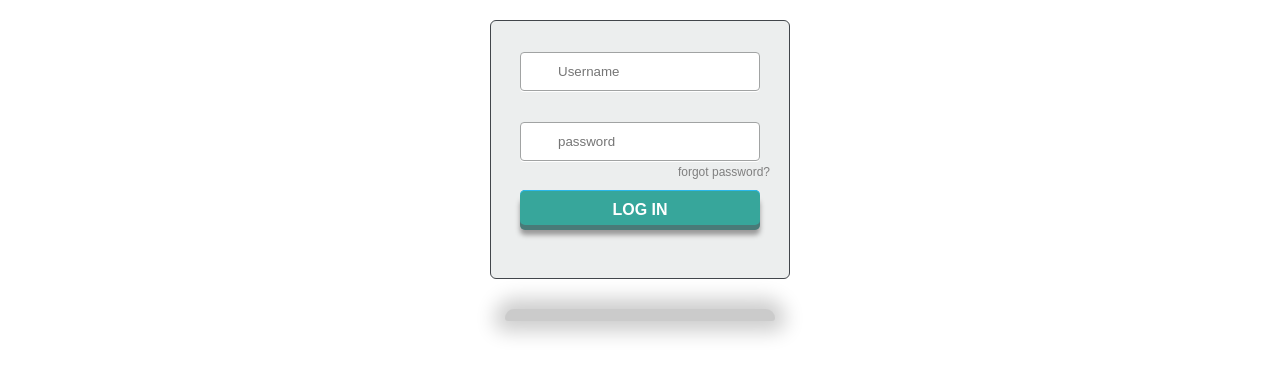
Repository: AmritOjha01/sms
Page: http://localhost/StudentManagementSystem/UserController?action=listUser
These files come from the project's save history. The page is drawn as it stood at one moment and after the next save; the edit follows.
The browser window is 1280 px wide. The pictures show the whole page.
The page is served by Tomcat 9. Other server files are loaded and not shown.

Above is the page before, as saved 2017-03-27 11:34:29.

### StudentManagementSystem/WebContent/login.jsp
<%@ page language="java" contentType="text/html; charset=ISO-8859-1"
	pageEncoding="ISO-8859-1"%>
<!DOCTYPE html PUBLIC "-//W3C//DTD HTML 4.01 Transitional//EN" "http://www.w3.org/TR/html4/loose.dtd">
<html>
<head>
<meta http-equiv="Content-Type" content="text/html; charset=ISO-8859-1">
<title>Insert title here</title>
<link rel="stylesheet" type="text/css"
	href="resources/customcss/demo.css">
</head>
<body>
	<div class="login">
		<form action="LoginController" method="post">
			<input type="text" placeholder="Username" id="uName"> <input
				type="password" placeholder="password" id="pass"> <a
				href="LoginController?action=getpassword" class="forgot">forgot
				password?</a> <input type="submit" value="Log In">
		</form>
	</div>
	<div class="shadow"></div>

</body>
</html>

### StudentManagementSystem/src/com/krishna/sis/controller/UserController.java
package com.krishna.sis.controller;

import java.io.IOException;
import java.text.ParseException;
import java.text.SimpleDateFormat;
import java.util.Date;

import javax.servlet.RequestDispatcher;
import javax.servlet.ServletException;
import javax.servlet.annotation.WebServlet;
import javax.servlet.http.HttpServlet;
import javax.servlet.http.HttpServletRequest;
import javax.servlet.http.HttpServletResponse;
import javax.servlet.http.HttpSession;

import com.krishna.sis.dto.UserDTO;
import com.krishna.sis.service.UserService;
import com.krishna.sis.service.UserServiceImpl;
import com.krishna.sis.util.EmailUtility;

@WebServlet("/UserController")
public class UserController extends HttpServlet {
	private static final long serialVersionUID = 1L;
	private static String INSERT_OR_EDIT = "/userCreate.jsp";
	private static String LIST_USER = "/userList.jsp";
	private static String LOGIN = "/login.jsp";
	private static String PREVIOUS_PWD = "/previousUserPassword.jsp";

	private UserService userService;

	public UserController() {
		super();
		userService = new UserServiceImpl();
	}

	protected void doGet(HttpServletRequest request, HttpServletResponse response)
			throws ServletException, IOException {
		String forward = "";
		String name = "";
		HttpSession session = request.getSession(false);
		if (session != null)
			name = (String) session.getAttribute("uname");
		else
			name = null;
		if (name != null) {
			String action = request.getParameter("action");

			if (action.equalsIgnoreCase("delete")) {
				int userId = Integer.parseInt(request.getParameter("userid"));
				userService.deleteUser(userId);
				forward = LIST_USER;
				request.setAttribute("users", userService.getAllUsers());
			} else if (action.equalsIgnoreCase("edit")) {
				forward = INSERT_OR_EDIT;
				int userId = Integer.parseInt(request.getParameter("userid"));
				UserDTO user = userService.getUserById(userId);
				request.setAttribute("user", user);
			} else if (action.equalsIgnoreCase("listUser")) {
				forward = LIST_USER;
				request.setAttribute("users", userService.getAllUsers());
			} else if (action.equalsIgnoreCase("insert")) {
				forward = INSERT_OR_EDIT;
			} else {
				forward = PREVIOUS_PWD;

			}
		} else {
			forward = LOGIN;
		}
		RequestDispatcher view = request.getRequestDispatcher(forward);
		view.forward(request, response);
	}

	protected void doPost(HttpServletRequest request, HttpServletResponse response)
			throws ServletException, IOException {
		UserDTO userDTO = new UserDTO();
		userDTO.setFirstName(request.getParameter("firstName"));
		userDTO.setLastName(request.getParameter("lastName"));
		userDTO.setUsername(request.getParameter("username"));
		userDTO.setPassword(request.getParameter("password"));
		String dateOfBirth = request.getParameter("dob");
		try {
			Date dob = new SimpleDateFormat("yyyy-MM-dd").parse(dateOfBirth);
			userDTO.setDob(dob);
		} catch (ParseException e) {
			e.printStackTrace();
		}
		userDTO.setEmail(request.getParameter("email"));
		String userid = request.getParameter("userid");
		if (userid == null || userid.isEmpty()) {
			userService.saveUser(userDTO);
			EmailUtility.sendEmail(userDTO.getPassword());
		} else {
			userDTO.setUserId(Integer.parseInt(userid));
			userService.updateUser(userDTO);
		}

		RequestDispatcher view = request.getRequestDispatcher(LIST_USER);
		request.setAttribute("users", userService.getAllUsers());
		view.forward(request, response);
	}
}

### StudentManagementSystem/src/com/krishna/sis/service/UserServiceImpl.java
package com.krishna.sis.service;

import java.util.List;

import com.krishna.sis.dao.UserDao;
import com.krishna.sis.dao.UserDaoImpl;
import com.krishna.sis.dto.UserDTO;

public class UserServiceImpl implements UserService {

	UserDao userDao = new UserDaoImpl();

	@Override
	public boolean saveUser(UserDTO userDTO) {
		return userDao.saveUser(userDTO);
	}

	@Override
	public boolean updateUser(UserDTO userDTO) {
		return userDao.updateUser(userDTO);
	}

	@Override
	public List<UserDTO> getAllUsers() {
		return userDao.getAllUsers();
	}

	@Override
	public UserDTO getUserById(int userId) {
		return userDao.getUserById(userId);
	}

	@Override
	public void deleteUser(int userId) {
		userDao.deleteUser(userId);

	}

	@Override
	public UserDTO getUserByUserNameAndPassword(String username, String password) {
		return userDao.getUserByUserNameAndPassword(username, password);
	}

	@Override
	public UserDTO getPasswordByEmail(String email) {

		return userDao.getPasswordByEmail(email);
	}

	@Override
	public UserDTO getPasswordByPassword(String pwd) {

		return userDao.getPasswordByPassword(pwd);
	}

}

### StudentManagementSystem/src/com/krishna/sis/dao/UserDao.java
package com.krishna.sis.dao;

import java.util.List;

import com.krishna.sis.dto.UserDTO;

public interface UserDao {
	public boolean saveUser(UserDTO userDTO);

	public boolean updateUser(UserDTO userDTO);

	public List<UserDTO> getAllUsers();

	public UserDTO getUserById(int userId);

	public void deleteUser(int userId);

	public UserDTO getUserByUserNameAndPassword(String username, String password);

	public UserDTO getPasswordByEmail(String email);

	public UserDTO getPasswordByPassword(String pwd);
}

### StudentManagementSystem/src/com/krishna/sis/dao/UserDaoImpl.java
package com.krishna.sis.dao;

import java.sql.PreparedStatement;
import java.sql.ResultSet;
import java.util.ArrayList;
import java.util.List;

import com.krishna.sis.dto.UserDTO;
import com.krishna.sis.util.DbUtil;
import com.krishna.sis.util.QueryUtil;

public class UserDaoImpl implements UserDao {
	public boolean saveUser(UserDTO userDTO) {
		PreparedStatement ps = null;
		int savedUser = 0;
		try {
			ps = DbUtil.getConnection().prepareStatement(QueryUtil.CREATE_USER);
			// ps.setNull(1, java.sql.Types.INTEGER);
			ps.setString(1, userDTO.getFirstName());
			ps.setString(2, userDTO.getLastName());
			ps.setString(3, userDTO.getEmail());
			ps.setDate(4, new java.sql.Date(userDTO.getDob().getTime()));
			ps.setString(5, userDTO.getUsername());
			ps.setString(6, userDTO.getPassword());
			savedUser = ps.executeUpdate();

		} catch (Exception ex) {
			ex.printStackTrace();
		} finally {
			DbUtil.closeAll(ps);
		}
		if (savedUser >= 1) {
			return true;
		}
		return false;
	}

	public boolean updateUser(UserDTO userDTO) {
		PreparedStatement ps = null;
		int uUpdated = 0;
		try {
			ps = DbUtil.getConnection().prepareStatement(QueryUtil.UPDATE_USER);
			ps.setString(1, userDTO.getFirstName());
			ps.setString(2, userDTO.getLastName());
			ps.setString(3, userDTO.getEmail());
			ps.setDate(4, new java.sql.Date(userDTO.getDob().getTime()));
			ps.setString(5, userDTO.getPassword());
			ps.setInt(6, userDTO.getUserId());
			uUpdated = ps.executeUpdate();
		} catch (Exception ex) {
			ex.printStackTrace();
		} finally {
			DbUtil.closeAll(ps);
		}
		if (uUpdated >= 1) {
			return true;
		}
		return false;
	}

	public List<UserDTO> getAllUsers() {
		List<UserDTO> users = new ArrayList<UserDTO>();
		PreparedStatement ps = null;
		try {
			ps = DbUtil.getConnection().prepareStatement(QueryUtil.GET_ALL_USER);
			ResultSet rs = ps.executeQuery();
			while (rs.next()) {
				UserDTO userDTO = new UserDTO();
				userDTO.setUserId(rs.getInt("user_id"));
				userDTO.setFirstName(rs.getString("first_name"));
				userDTO.setLastName(rs.getString("last_name"));
				userDTO.setDob(rs.getDate("dob"));
				userDTO.setEmail(rs.getString("email"));
				userDTO.setUsername(rs.getString("username"));
				users.add(userDTO);
			}
		} catch (Exception ex) {
			ex.printStackTrace();
		} finally {
			DbUtil.closeAll(ps);
		}

		return users;
	}

	public UserDTO getUserById(int userId) {
		UserDTO user = new UserDTO();
		PreparedStatement ps = null;
		try {
			ps = DbUtil.getConnection().prepareStatement(QueryUtil.GET_USER_BY_ID);
			ps.setInt(1, userId);
			ResultSet rs = ps.executeQuery();
			if (rs.next()) {
				user.setUserId(rs.getInt("user_id"));
				user.setFirstName(rs.getString("first_name"));
				user.setLastName(rs.getString("last_name"));
				user.setDob(rs.getDate("dob"));
				user.setEmail(rs.getString("email"));
				user.setUsername(rs.getString("username"));
			}
		} catch (Exception ex) {
			ex.printStackTrace();
		} finally {
			DbUtil.closeAll(ps);
		}
		return user;
	}

	public void deleteUser(int userId) {
		PreparedStatement ps = null;
		try {
			ps = DbUtil.getConnection().prepareStatement(QueryUtil.DELETE_USER);
			ps.setInt(1, userId);
			ps.executeUpdate();

		} catch (Exception ex) {
			ex.printStackTrace();
		} finally {
			DbUtil.closeAll(ps);
		}
	}

	public UserDTO getUserByUserNameAndPassword(String username, String password) {
		UserDTO user = new UserDTO();
		PreparedStatement ps = null;
		try {
			ps = DbUtil.getConnection().prepareStatement(QueryUtil.GET_USER_BY_USERNAME_AND_PASSWORD);
			ps.setString(1, username);
			ps.setString(2, password);
			ResultSet rs = ps.executeQuery();
			if (rs.next()) {
				user.setUserId(rs.getInt("user_id"));
				user.setUsername(rs.getString("username"));
				user.setPassword(rs.getString("password"));
			}
		} catch (Exception ex) {
			ex.printStackTrace();
		} finally {
			DbUtil.closeAll(ps);
		}
		return user;
	}

	@Override
	public UserDTO getPasswordByEmail(String email) {
		UserDTO user = new UserDTO();
		PreparedStatement ps = null;
		try {
			ps = DbUtil.getConnection().prepareStatement(QueryUtil.GET_BY_EMAIL);
			ps.setString(1, email);
			ResultSet rs = ps.executeQuery();
			if (rs.next()) {
				user.setUserId(rs.getInt("user_id"));
				user.setFirstName(rs.getString("first_name"));
				user.setLastName(rs.getString("last_name"));
				user.setDob(rs.getDate("dob"));
				user.setEmail(rs.getString("email"));
				user.setUsername(rs.getString("username"));
				user.setPassword(rs.getString("password"));
			}
		} catch (Exception ex) {
			ex.printStackTrace();
		} finally {
			DbUtil.closeAll(ps);
		}
		return user;
	}

	@Override
	public UserDTO getPasswordByPassword(String pwd) {

		UserDTO user = new UserDTO();
		PreparedStatement ps = null;
		try {
			ps = DbUtil.getConnection().prepareStatement(QueryUtil.GET_PASSWORD_BY_PASSWORD);
			ps.setString(1, pwd);
			ResultSet rs = ps.executeQuery();
			if (rs.next()) {
				user.setUserId(rs.getInt("user_id"));
				user.setFirstName(rs.getString("first_name"));
				user.setLastName(rs.getString("last_name"));
				user.setDob(rs.getDate("dob"));
				user.setEmail(rs.getString("email"));
				user.setUsername(rs.getString("username"));
				user.setPassword(rs.getString("password"));
			}
		} catch (Exception ex) {
			ex.printStackTrace();
		} finally {
			DbUtil.closeAll(ps);
		}
		return user;
	}
}

### StudentManagementSystem/WebContent/resources/customcss/demo.css
@CHARSET "ISO-8859-1";
html {
	height: 100%
}

::-moz-selection {
	background: #fe57a1;
	color: #fff;
	text-shadow: none;
}

::selection {
	background: #fe57a1;
	color: #fff;
	text-shadow: none;
}

body {
	background-image: radial-gradient(cover, rgba(92, 100, 111, 1) 0%,
		rgba(31, 35, 40, 1) 100%), url('http://i.minus.com/io97fW9I0NqJq.png')
}

.login {
	background: #eceeee;
	border: 1px solid #42464b;
	border-radius: 6px;
	height: 257px;
	margin: 20px auto 0;
	width: 298px;
}

.login h1 {
	background-image: linear-gradient(top, #f1f3f3, #d4dae0);
	border-bottom: 1px solid #a6abaf;
	border-radius: 6px 6px 0 0;
	box-sizing: border-box;
	color: #727678;
	display: block;
	height: 43px;
	font: 600 14px/1 'Open Sans', sans-serif;
	padding-top: 14px;
	margin: 0;
	text-align: center;
	text-shadow: 0 -1px 0 rgba(0, 0, 0, 0.2), 0 1px 0 #fff;
}

input[type="password"], input[type="text"] {
	background: url('http://i.minus.com/ibhqW9Buanohx2.png') center left
		no-repeat, linear-gradient(top, #d6d7d7, #dee0e0);
	border: 1px solid #a1a3a3;
	border-radius: 4px;
	box-shadow: 0 1px #fff;
	box-sizing: border-box;
	color: #696969;
	height: 39px;
	margin: 31px 0 0 29px;
	padding-left: 37px;
	transition: box-shadow 0.3s;
	width: 240px;
}

input[type="password"]:focus, input[type="text"]:focus {
	box-shadow: 0 0 4px 1px rgba(55, 166, 155, 0.3);
	outline: 0;
}

.show-password {
	display: block;
	height: 16px;
	margin: 26px 0 0 28px;
	width: 87px;
}

input[type="checkbox"] {
	cursor: pointer;
	height: 16px;
	opacity: 0;
	position: relative;
	width: 64px;
}

input[type="checkbox"]:checked {
	left: 29px;
	width: 58px;
}

.toggle {
	background: url(http://i.minus.com/ibitS19pe8PVX6.png) no-repeat;
	display: block;
	height: 16px;
	margin-top: -20px;
	width: 87px;
	z-index: -1;
}

input[type="checkbox"]:checked+.toggle {
	background-position: 0 -16px
}

.forgot {
	color: #7f7f7f;
	display: inline-block;
	float: right;
	font: 12px/1 sans-serif;
	left: -19px;
	position: relative;
	text-decoration: none;
	top: 5px;
	transition: color .4s;
}

.forgot:hover {
	color: #3b3b3b
}

input[type="submit"] {
	width: 240px;
	height: 35px;
	display: block;
	font-family: Arial, "Helvetica", sans-serif;
	font-size: 16px;
	font-weight: bold;
	color: #fff;
	text-decoration: none;
	text-transform: uppercase;
	text-align: center;
	text-shadow: 1px 1px 0px #37a69b;
	padding-top: 6px;
	margin: 29px 0 0 29px;
	position: relative;
	cursor: pointer;
	border: none;
	background-color: #37a69b;
	background-image: linear-gradient(top, #3db0a6, #3111);
	border-top-left-radius: 5px;
	border-top-right-radius: 5px;
	border-bottom-right-radius: 5px;
	border-bottom-left-radius: 5px;
	box-shadow: inset 0px 1px 0px #2ab7ec, 0px 5px 0px 0px #497a78, 0px 10px
		5px #999;
}

.shadow {
	background: #000;
	border-radius: 12px 12px 4px 4px;
	box-shadow: 0 0 20px 10px #000;
	height: 12px;
	margin: 30px auto;
	opacity: 0.2;
	width: 270px;
}

input[type="submit"]:active {
	top: 3px;
	box-shadow: inset 0px 1px 0px #2ab7ec, 0px 2px 0px 0px #31524d, 0px 5px
		3px #999;
}

After the next save:
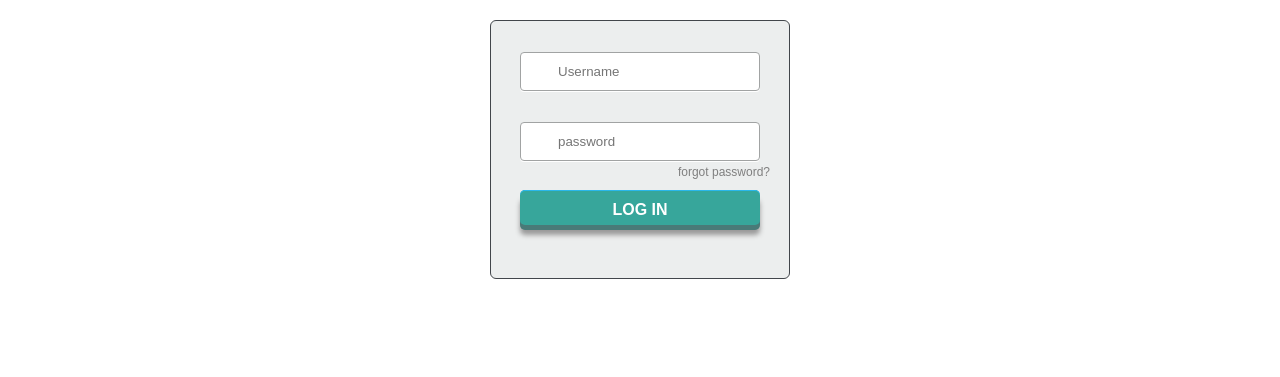
Saved 61 s later.
--- a/StudentManagementSystem/WebContent/login.jsp
+++ b/StudentManagementSystem/WebContent/login.jsp
@@ -17,7 +17,5 @@
 				password?</a> <input type="submit" value="Log In">
 		</form>
 	</div>
-	<div class="shadow"></div>
-
 </body>
 </html>
